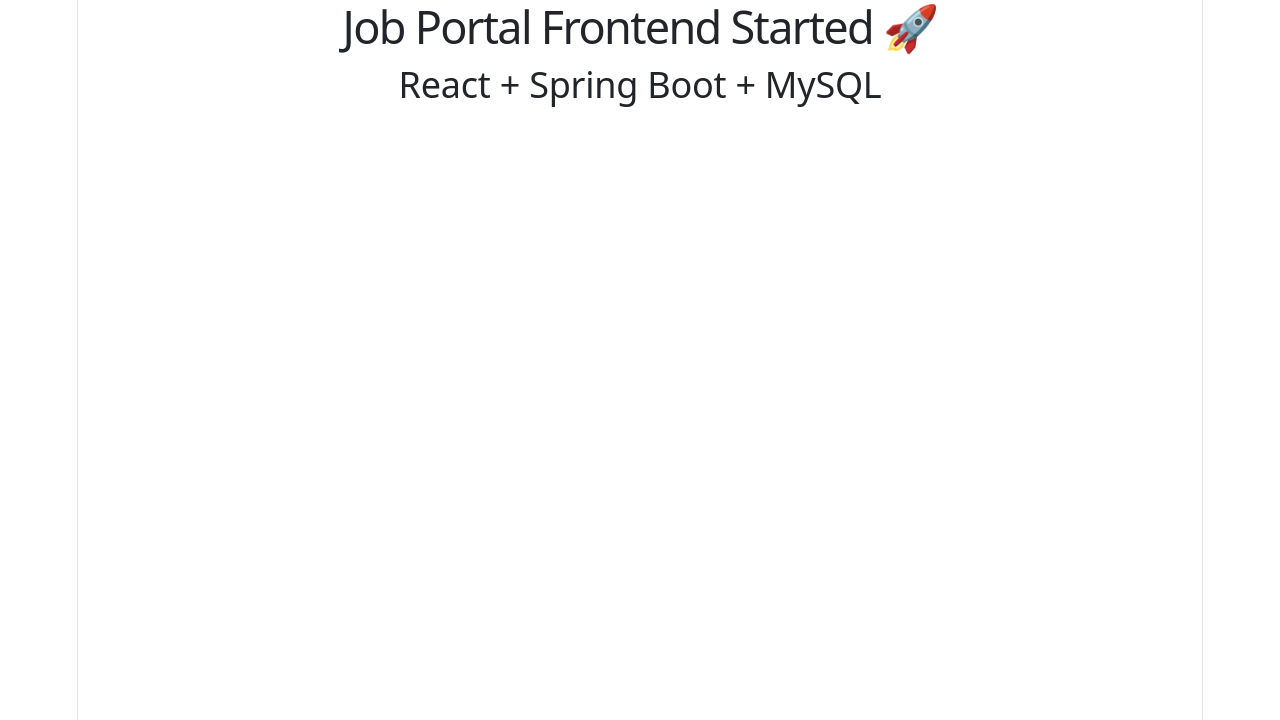
Repository: vijaymp1214/Job-Portal-Management-System
Page: / (app in frontend/)
The author's editor kept a copy of each file at every save. The page is drawn from the files as they stood at one save, then again after the next save.
The browser window is 1280 px wide. The pictures show the whole page.
The project was rebuilt for these pictures with package versions that can differ from the ones it lists, and the page was loaded fresh each time. Also part of the build but not shown: frontend/vite.config.js.

Above is the page before, as saved 2026-05-30 12:53:43.

### frontend/index.html
<!doctype html>
<html lang="en">
  <head>
    <meta charset="UTF-8" />
    <link rel="icon" type="image/svg+xml" href="/favicon.svg" />
    <meta name="viewport" content="width=device-width, initial-scale=1.0" />
    <title>jobportal-frontend</title>
  </head>
  <body>
    <div id="root"></div>
    <script type="module" src="/src/main.jsx"></script>
  </body>
</html>

### frontend/src/index.css
:root {
  --text: #6b6375;
  --text-h: #08060d;
  --bg: #fff;
  --border: #e5e4e7;
  --code-bg: #f4f3ec;
  --accent: #aa3bff;
  --accent-bg: rgba(170, 59, 255, 0.1);
  --accent-border: rgba(170, 59, 255, 0.5);
  --social-bg: rgba(244, 243, 236, 0.5);
  --shadow:
    rgba(0, 0, 0, 0.1) 0 10px 15px -3px, rgba(0, 0, 0, 0.05) 0 4px 6px -2px;

  --sans: system-ui, 'Segoe UI', Roboto, sans-serif;
  --heading: system-ui, 'Segoe UI', Roboto, sans-serif;
  --mono: ui-monospace, Consolas, monospace;

  font: 18px/145% var(--sans);
  letter-spacing: 0.18px;
  color-scheme: light dark;
  color: var(--text);
  background: var(--bg);
  font-synthesis: none;
  text-rendering: optimizeLegibility;
  -webkit-font-smoothing: antialiased;
  -moz-osx-font-smoothing: grayscale;

  @media (max-width: 1024px) {
    font-size: 16px;
  }
}

@media (prefers-color-scheme: dark) {
  :root {
    --text: #9ca3af;
    --text-h: #f3f4f6;
    --bg: #16171d;
    --border: #2e303a;
    --code-bg: #1f2028;
    --accent: #c084fc;
    --accent-bg: rgba(192, 132, 252, 0.15);
    --accent-border: rgba(192, 132, 252, 0.5);
    --social-bg: rgba(47, 48, 58, 0.5);
    --shadow:
      rgba(0, 0, 0, 0.4) 0 10px 15px -3px, rgba(0, 0, 0, 0.25) 0 4px 6px -2px;
  }

  #social .button-icon {
    filter: invert(1) brightness(2);
  }
}

body {
  margin: 0;
}

#root {
  width: 1126px;
  max-width: 100%;
  margin: 0 auto;
  text-align: center;
  border-inline: 1px solid var(--border);
  min-height: 100svh;
  display: flex;
  flex-direction: column;
  box-sizing: border-box;
}

h1,
h2 {
  font-family: var(--heading);
  font-weight: 500;
  color: var(--text-h);
}

h1 {
  font-size: 56px;
  letter-spacing: -1.68px;
  margin: 32px 0;
  @media (max-width: 1024px) {
    font-size: 36px;
    margin: 20px 0;
  }
}
h2 {
  font-size: 24px;
  line-height: 118%;
  letter-spacing: -0.24px;
  margin: 0 0 8px;
  @media (max-width: 1024px) {
    font-size: 20px;
  }
}
p {
  margin: 0;
}

code,
.counter {
  font-family: var(--mono);
  display: inline-flex;
  border-radius: 4px;
  color: var(--text-h);
}

code {
  font-size: 15px;
  line-height: 135%;
  padding: 4px 8px;
  background: var(--code-bg);
}

### frontend/src/App.jsx
function App() {
  return (
    <div>
      <h1>Job Portal Frontend Started 🚀</h1>
      <h2>React + Spring Boot + MySQL</h2>
    </div>
  );
}

export default App;

Loaded but not shown: frontend/src/main.jsx (common file)

After the next save:
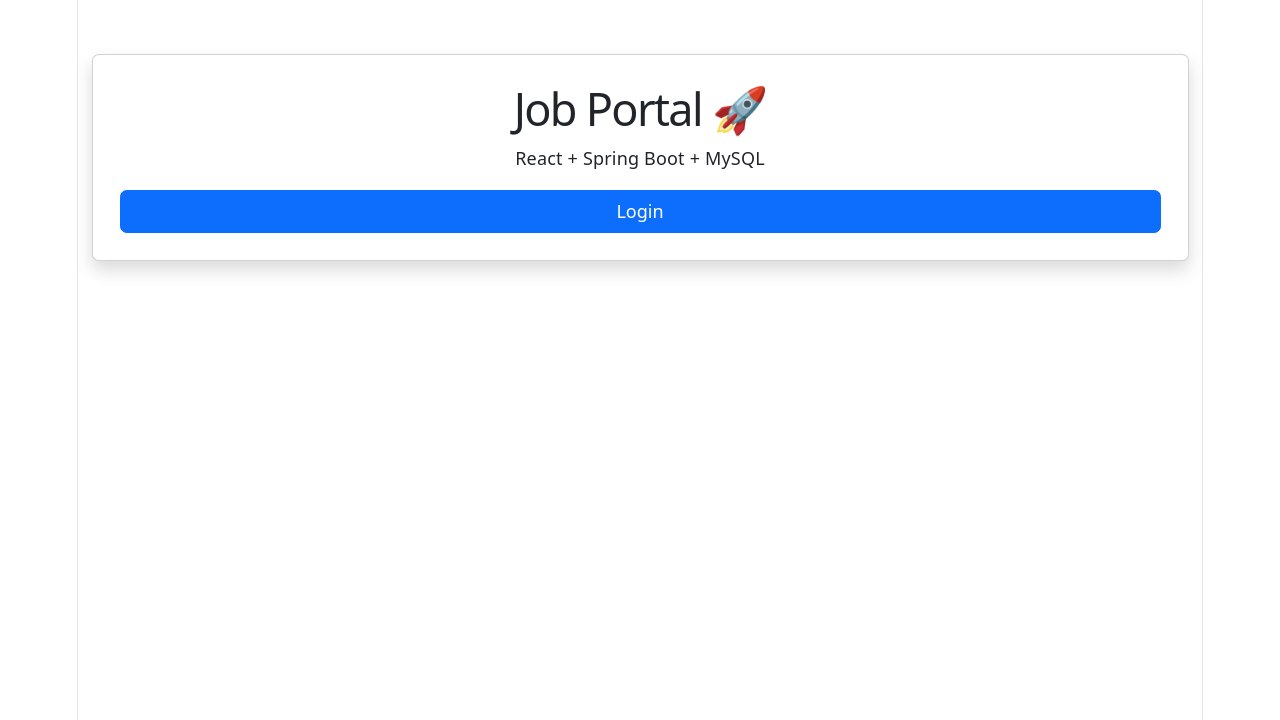
Saved 85 s later.
--- a/frontend/src/App.jsx
+++ b/frontend/src/App.jsx
@@ -1,8 +1,21 @@
 function App() {
   return (
-    <div>
-      <h1>Job Portal Frontend Started 🚀</h1>
-      <h2>React + Spring Boot + MySQL</h2>
+    <div className="container mt-5">
+      <div className="card shadow p-4">
+
+        <h1 className="text-center">
+          Job Portal 🚀
+        </h1>
+
+        <p className="text-center">
+          React + Spring Boot + MySQL
+        </p>
+
+        <button className="btn btn-primary">
+          Login
+        </button>
+
+      </div>
     </div>
   );
 }
